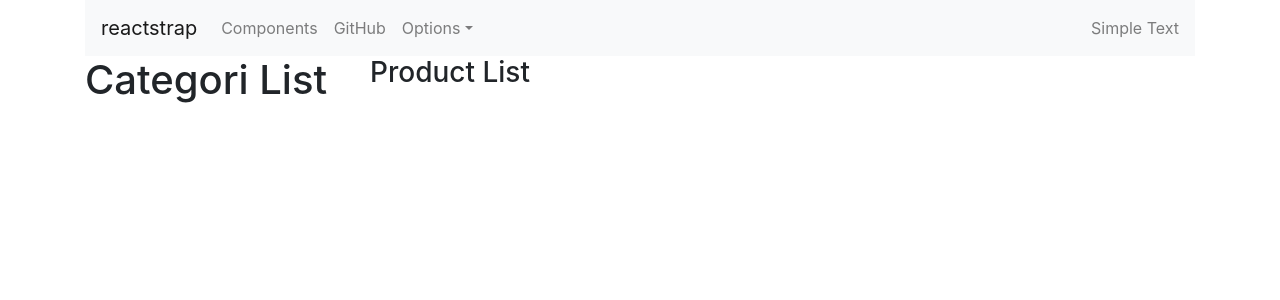
Repository: asarikaya/redux_try_app
Page: /
These files come from the project's save history. The page is drawn as it stood at one moment and after the next save; the edit follows.
The browser window is 1280 px wide. The pictures show the whole page.
The project was rebuilt for these pictures with package versions that can differ from the ones it lists, and the page was loaded fresh each time.

Above is the page before, as saved 2020-02-26 13:29:48.

### src/index.js
import React from 'react';
import ReactDOM from 'react-dom';
import App from './components/root/App';
import * as serviceWorker from './serviceWorker';
import 'bootstrap/dist/css/bootstrap.min.css';

ReactDOM.render(<App />, document.getElementById('root'));

// If you want your app to work offline and load faster, you can change
// unregister() to register() below. Note this comes with some pitfalls.
// Learn more about service workers: https://bit.ly/CRA-PWA
serviceWorker.unregister();

### src/components/root/App.js
import React from 'react';
import { Container } from 'reactstrap';
import Navi from "../navi/Navi"
import Dashboard from './Dashboard';

function App() {
  return (
    <Container>
      <Navi/>
      <Dashboard/>
    </Container>
  );
}

export default App;

### src/components/navi/Navi.js
import React, { Component } from "react";
import {
  Collapse,
  Navbar,
  NavbarToggler,
  NavbarBrand,
  Nav,
  NavItem,
  NavLink,
  UncontrolledDropdown,
  DropdownToggle,
  DropdownMenu,
  DropdownItem,
  NavbarText
} from "reactstrap";

export default class Navi extends Component {
  render() {
    return (
      <div>
        <Navbar color="light" light expand="md">
          <NavbarBrand href="/">reactstrap</NavbarBrand>
          <NavbarToggler />
          <Collapse navbar>
            <Nav className="mr-auto" navbar>
              <NavItem>
                <NavLink href="/components/">Components</NavLink>
              </NavItem>
              <NavItem>
                <NavLink href="https://github.com/reactstrap/reactstrap">
                  GitHub
                </NavLink>
              </NavItem>
              <UncontrolledDropdown nav inNavbar>
                <DropdownToggle nav caret>
                  Options
                </DropdownToggle>
                <DropdownMenu right>
                  <DropdownItem>Option 1</DropdownItem>
                  <DropdownItem>Option 2</DropdownItem>
                  <DropdownItem divider />
                  <DropdownItem>Reset</DropdownItem>
                </DropdownMenu>
              </UncontrolledDropdown>
            </Nav>
            <NavbarText>Simple Text</NavbarText>
          </Collapse>
        </Navbar>
      </div>
    );
  }
}

### src/components/root/Dashboard.js
import React, { Component } from 'react'
import { Row, Col } from 'reactstrap'
import CategoryList from "../categories/CategoryList"
import ProductList from "../products/ProductList"

export default class Dashboard extends Component {
    render() {
        return (
            <div>
                <Row>
                    <Col xs="3">
                        <CategoryList/>
                    </Col>
                    <Col xs="9">
                        <ProductList/>
                    </Col>
                </Row>
            </div>
        )
    }
}

### src/components/categories/CategoryList.js
import React, { Component } from 'react'

export default class CategoryList extends Component {
    render() {
        return (
            <div>
                <h1>Categori List</h1>
            </div>
        )
    }
}

### src/components/products/ProductList.js
import React, { Component } from 'react'

export default class ProductList extends Component {
    render() {
        return (
            <div>
                <h3>Product List</h3>
            </div>
        )
    }
}

Loaded but not shown: public/index.html (common file); src/serviceWorker.js (common file)

After the next save:
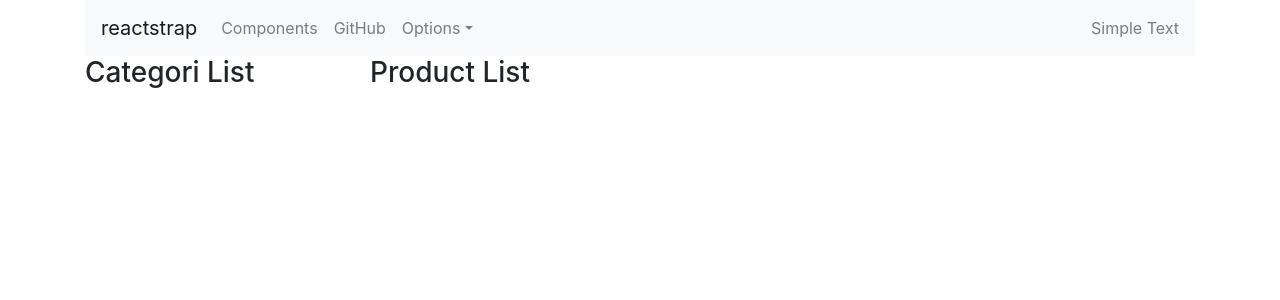
Saved 6 s later.
--- a/src/components/categories/CategoryList.js
+++ b/src/components/categories/CategoryList.js
@@ -4,7 +4,7 @@ export default class CategoryList extends Component {
     render() {
         return (
             <div>
-                <h1>Categori List</h1>
+                <h3>Categori List</h3>
             </div>
         )
     }
